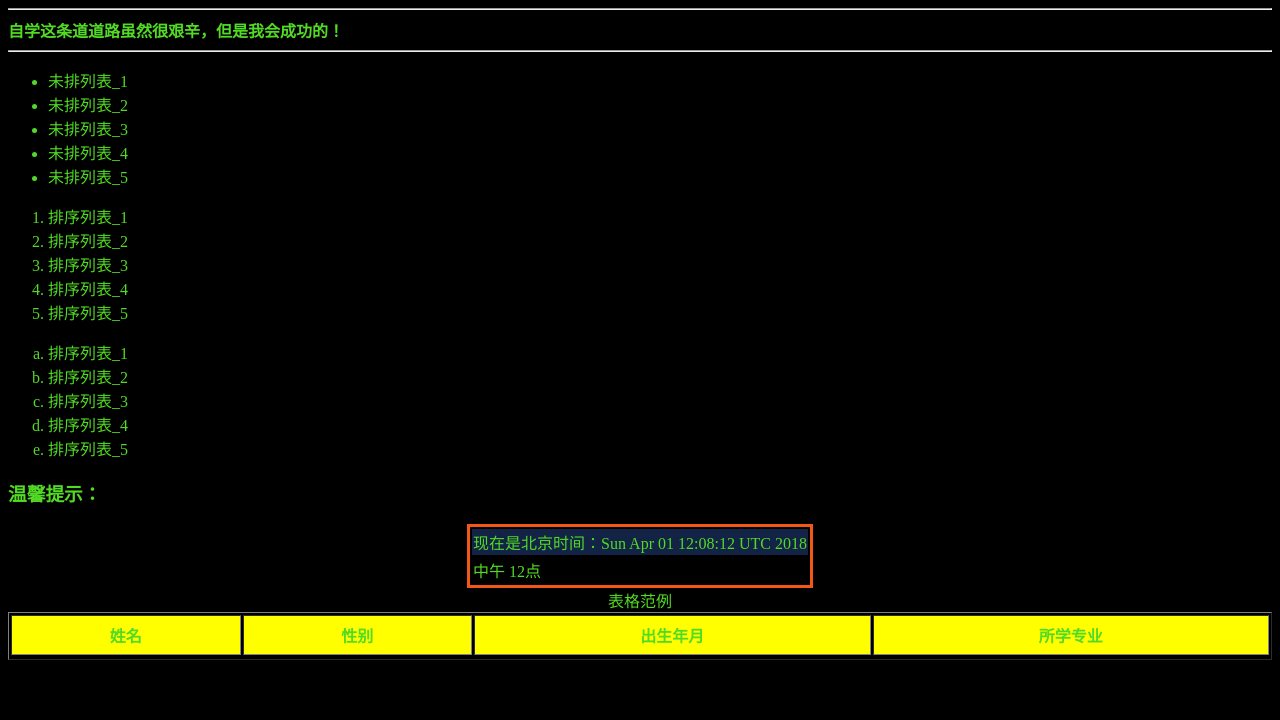
Repository: Coder-YJ/Java
Page: http://localhost/JspTest/test.jsp
The author's editor kept a copy of each file at every save. The page is drawn from the files as they stood at one save, then again after the next save.
The browser window is 1280 px wide. The pictures show the whole page.
The page is served by Tomcat 9.

Above is the page before, as saved 2018-04-01 12:16:20.

After the next save:
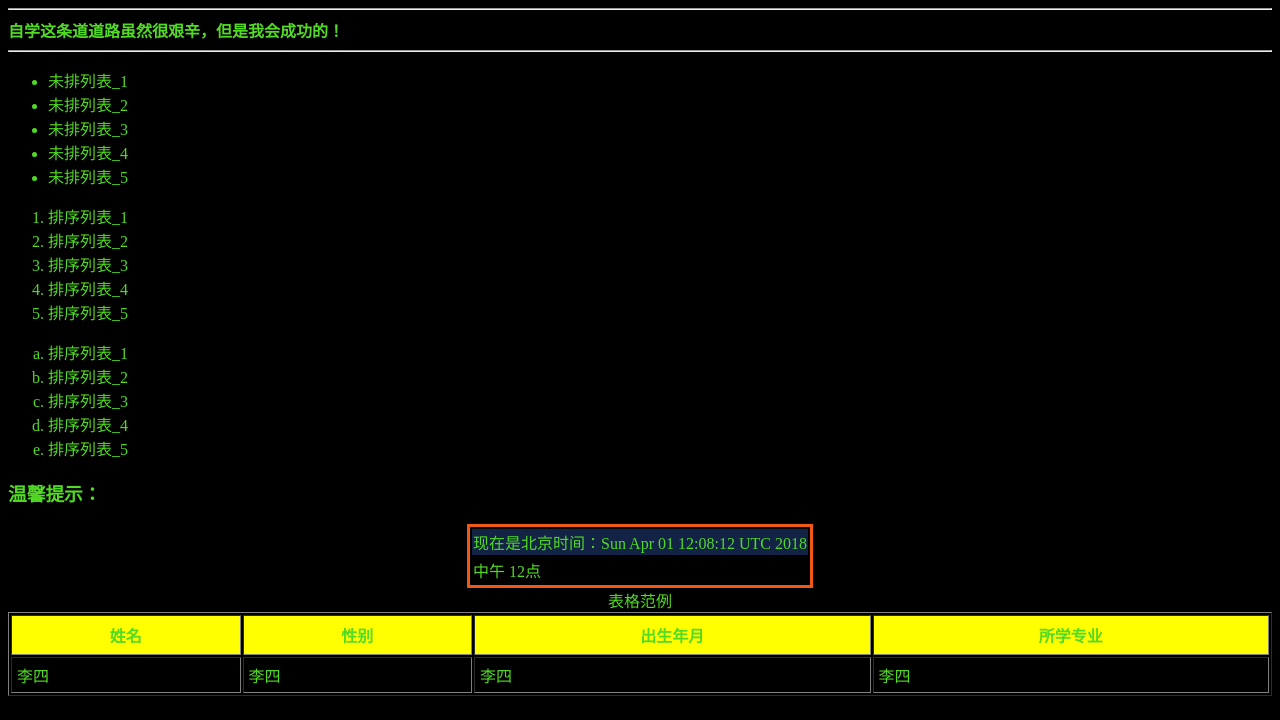
Saved 82 s later.
--- a/MyEclipse10/JspTest/WebRoot/test.jsp
+++ b/MyEclipse10/JspTest/WebRoot/test.jsp
@@ -11,9 +11,7 @@
 </head>
 <body text="#52DA25" bgcolor="000000">
 	<hr>
-	<b>
-		自学这条道道路虽然很艰辛，但是我会成功的！
-	</b>
+	<b> 自学这条道道路虽然很艰辛，但是我会成功的！ </b>
 	<hr>
 	<ul type="disc">
 		<li>未排列表_1</li>
@@ -72,15 +70,18 @@
 	</table>
 
 	<table width="100%" border="1" cellspaceing="3" cellpadding="5">
-		<caption align="center"> 表格范例  </caption>
+		<caption align="center">表格范例</caption>
 		<tr height="40" bgcolor="FFFF00">
-		<th>姓名</th>
-		<th>性别</th>
-		<th>出生年月</th>
-		<th>所学专业</th>
+			<th>姓名</th>
+			<th>性别</th>
+			<th>出生年月</th>
+			<th>所学专业</th>
 		</tr>
 		<tr>
-
+			<td>李四</td>
+			<td>李四</td>
+			<td>李四</td>
+			<td>李四</td>
 		</tr>
 	</table>
 </body>
